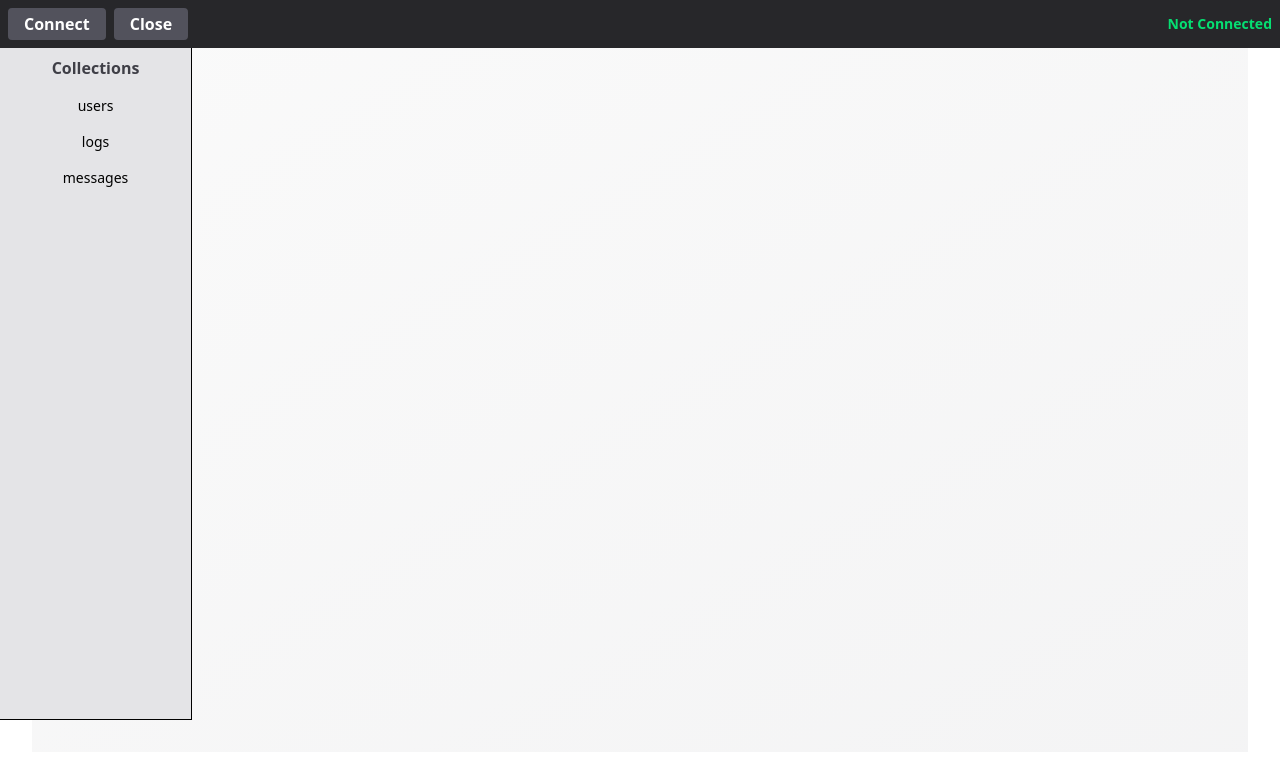
Repository: aryan151pratap/Dashboard
Page: / (app in frontened/)
These files come from the project's save history. The page is drawn as it stood at one moment and after the next save; the edit follows.
The browser window is 1280 px wide. The pictures show the whole page.
The project was rebuilt for these pictures with package versions that can differ from the ones it lists, and the page was loaded fresh each time. Also part of the build but not shown: frontened/vite.config.js, frontened/src/component/connect.jsx.

Above is the page before, as saved 2025-06-24 14:07:49.

### frontened/index.html
<!doctype html>
<html lang="en">
  <head>
    <meta charset="UTF-8" />
    <link rel="icon" type="image/svg+xml" href="/vite.svg" />
    <meta name="viewport" content="width=device-width, initial-scale=1.0" />
    <title>Dashboard</title>
    <script src="https://cdn.jsdelivr.net/npm/@tailwindcss/browser@4"></script>

  </head>
  <body>
    <div id="root"></div>
    <script type="module" src="/src/main.jsx"></script>
  </body>
</html>

### frontened/src/App.jsx
import { useState } from 'react'
import './App.css'
import Dashboard from './component/dashboard'

function App() {

  return (
    <>
    <div className='h-screen w-full'>
      <Dashboard/>
    </div>
    </>
  )
}

export default App

### frontened/src/component/dashboard.jsx
import Bar from "./bar";

function Dashboard(){
	return(
		<>
		<div className="h-full w-full bg-gradient-to-br from-zinc-50 to-zinc-100">
			<Bar/>
		</div>
		</>
	)
}

export default Dashboard;

### frontened/src/component/bar.jsx
import { useState } from "react";
import Connect from "./connect";
import Left_bar from "./left_bar";
import Right_bar from "./right_bar";

function Bar() {
  const [buttons] = useState(["connect", "close"]);
  const [showModal, setShowModal] = useState(false);
  const [uri, setUri] = useState("");
  const [connected, setConnected] = useState(false);

  return (
    <div>
		{/* Top Navbar */}
		<div className="w-full fixed top-0 left-0 flex justify-between items-center p-2 bg-zinc-800 text-white z-10">
			<div className="flex gap-2">
			{buttons.map((i, index) => (
				<button
				key={index}
				onClick={() => i === "connect" && setShowModal(true)}
				className="capitalize font-semibold bg-zinc-600 px-4 py-1 rounded hover:bg-zinc-700"
				>
				{i}
				</button>
			))}
			</div>
			<p className="font-semibold text-green-400 text-sm">
			{connected ? "Connected" : "Not Connected"}
			</p>
		</div>

		<div className="h-screen flex flex-col">

			<Left_bar/>

			<Right_bar/>

		</div>

		{showModal && (
			<Connect
				uri={uri}
				setUri={setUri}
				setConnected={setConnected}
				setShowModal={setShowModal}
			/>
		)}
    </div>
  );
}

export default Bar;

### frontened/src/component/left_bar.jsx
function Left_bar(){
	return(
		<>
		<div className="h-fit sm:h-full w-full pt-12 sm:w-48 bg-zinc-200 sm:fixed left-0 top-0 border-b sm:border-r">
			<p className="sm:text-center font-bold px-4 py-2 text-zinc-700">Collections</p>
			<ul className="px-4 text-sm flex sm:flex-col flex-row gap-4 py-2">
				<li className="hover:underline cursor-pointer">users</li>
				<li className="hover:underline cursor-pointer">logs</li>
				<li className="hover:underline cursor-pointer">messages</li>
			</ul>
		</div>
		</>
	)
}

export default Left_bar;

### frontened/src/component/right_bar.jsx
function Right_bar(){
	return(
		<>
		</>
	)
}

export default Right_bar;

Loaded but not shown: frontened/src/main.jsx (common file); frontened/src/App.css (common file)

After the next save:
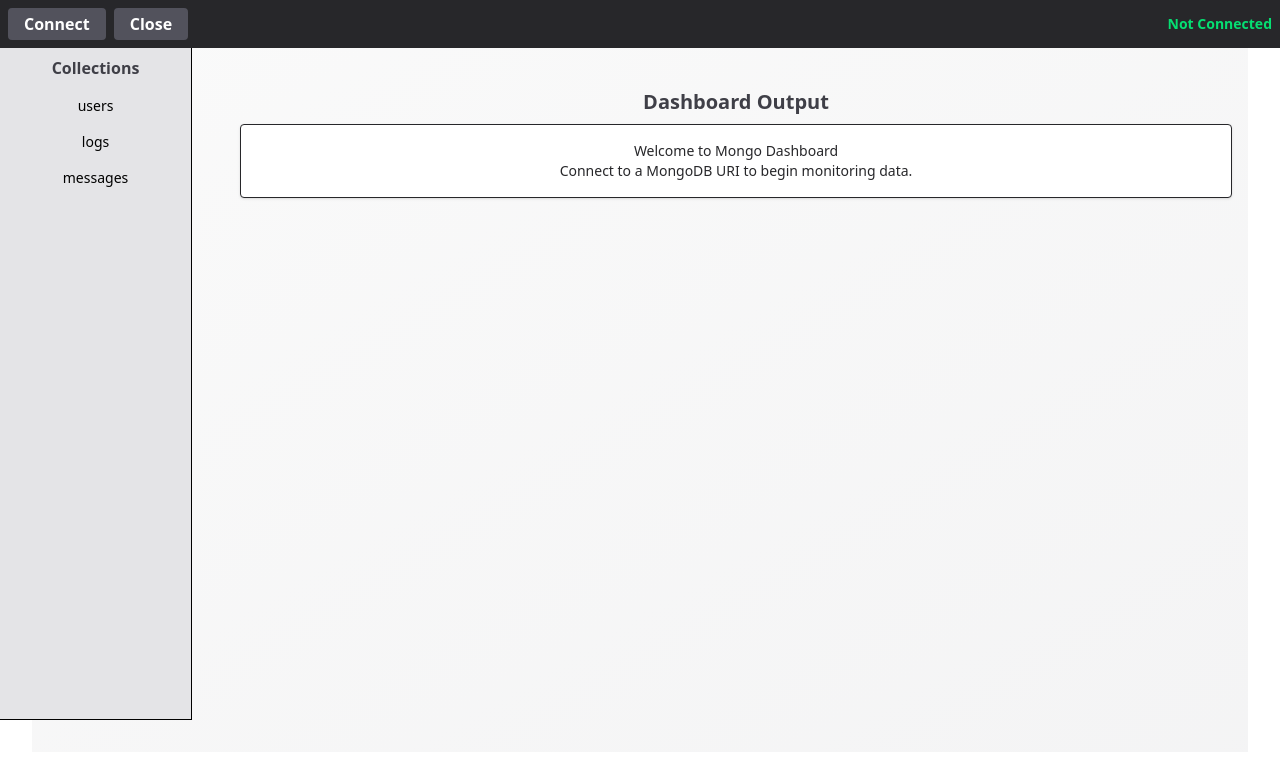
Saved 6 s later.
--- a/frontened/src/component/right_bar.jsx
+++ b/frontened/src/component/right_bar.jsx
@@ -1,6 +1,13 @@
 function Right_bar(){
 	return(
 		<>
+		<div className="sm:ml-48 pt-14 p-4">
+			<h1 className="text-xl font-bold mb-2 text-zinc-700">Dashboard Output</h1>
+			<div className="bg-white p-4 border rounded shadow text-sm text-zinc-800">
+			<p>Welcome to Mongo Dashboard</p>
+			<p>Connect to a MongoDB URI to begin monitoring data.</p>
+			</div>
+		</div>
 		</>
 	)
 }
